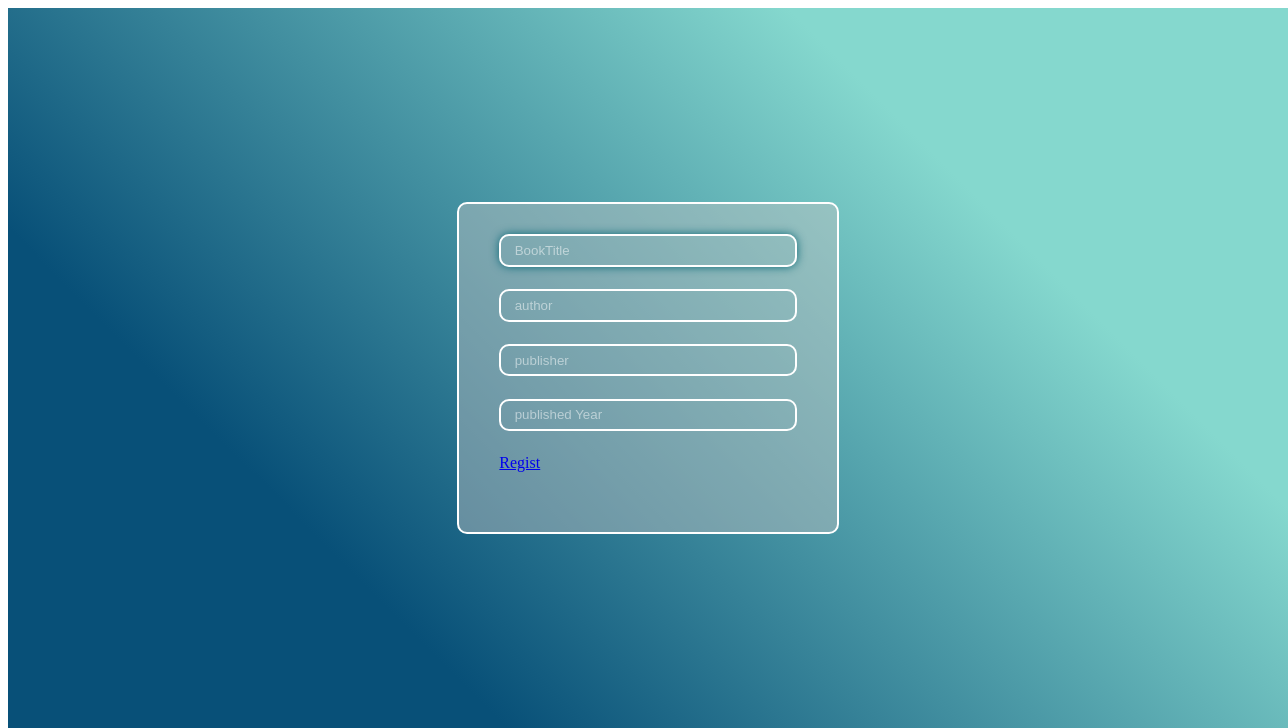
Repository: ysknsid25/mer
Page: http://localhost/library/view/regist.jsp
An editor plug-in stored every save of this project. The page is shown before and after the next save, followed by the edit.
The browser window is 1280 px wide. The page is 1288 px wide, so the pictures cover 1288 px, including what lies to the right of the window. The pictures show the whole page.
The page is served by Tomcat 9. Other server files are loaded and not shown.

Above is the page before, as saved 2018-11-24 05:17:11.
Console error: ReferenceError: $ is not defined

### mer/library/WebContent/view/regist.jsp
<%@ page language="java" contentType="text/html; charset=UTF-8"
	pageEncoding="UTF-8"%>
<%@page import="util.StringUtil"%>
<%@page import="util.StringQuery"%>




<!DOCTYPE html PUBLIC "-//W3C//DTD HTML 4.01 Transitional//EN" "http://www.w3.org/TR/html4/loose.dtd">
<head>
<title>Top</title>

<link href='<%=StringUtil.CONTEXTPATH + StringUtil.INPUTCSS%>'
	rel='stylesheet' type='text/css' />
<script type="text/javascript" src="<%=StringUtil.MAINJS%>"></script>
<meta charset="<%=StringUtil.SET_ENCODING%>" />
<meta name="viewport" content="width=device-width, initial-scale=1.0" />

</head>

<body>
	<div class="container">
		<div id="login-form">
			<div id="box">

				<form action="<%=StringUtil.REGISTCHECK + StringUtil.CONTROLLER%>"
					method="post">

					<div>
						<label for="form-userid">BoolTitle</label> <input type="text"
							name="booktitle" id="form-userid" placeholder="BookTitle" />
						<p class="note">Please enter BookTitle.</p>
					</div>

					<div><%--out.println("<p id=" + "error_message" + ">" + errorMessage(booktitleVerify) + "</p>");--%></div>

					<div>
						<label for="form-userid">Author</label> <input type="text"
							name="author" id="form-userid" placeholder="author" />
						<p class="note">Please enter author.</p>
					</div>
					<div></div>

					<div>
						<label for="form-userid">Publisher</label> <input type="text"
							name="publisher" id="form-userid" placeholder="publisher" />
						<p class="note">Please enter Publisher.</p>
					</div>


					<div>
						<label for="form-userid">PublishDay</label> <input type="text"
							name="publishday" id="form-userid" placeholder="published Year" />
						<p class="note">Please enter published Year.</p>
					</div>
					<div></div>

					<a href="<%=StringUtil.BACKTOP + StringUtil.CONTROLLER%>" type="submit">Regist</a>
					<div class="btn">
				<form method="post" action="<%=StringUtil.BACKTOP + StringUtil.CONTROLLER %>">
					<a href="<%=StringUtil.BACKTOP + StringUtil.CONTROLLER%>" type="submit">To menu</a>
					</form>
				</div>



					<%! private String errorMessage(int checkNum){

						if(checkNum == StringUtil.BOOKTITLE_NULL){

							return StringUtil.BOOKTITLE_IS_NULL;

						}else if(checkNum == StringUtil.BOOKTITLE_LENGTH){

							return StringUtil.BOOKTITLE_OVER_LENGTH;

						}else if(checkNum == StringUtil.AUTHOR_NULL){

							return StringUtil.AUTHOR_IS_NULL;

						}else if(checkNum == StringUtil.YEAR_OVER){

							return StringUtil.PUBLISHYEAR_FUTURE;

						}else if(checkNum == StringUtil.NOT_NUMBER){

							return StringUtil.PUBLISHYEAR_INVALIDATE;

						}

					return "";

					}%>




				</form>

			</div>
		</div>
	</div>

</body>
</html>

### mer/library/WebContent/stylesheet/input.css
@CHARSET "UTF-8";

html, body, .container {
  width: 100%;
  height: 100%;
}

.container,
.overlay:before{
  align-items: center;
  display: flex;
  justify-content: center;
  overflow: visible !important;
  background: -webkit-linear-gradient(45deg, #085078 25%, #85d8ce 75%);
  background: -moz-linear-gradient(45deg, #085078 25%, #85d8ce 75%);
  background: -ms-linear-gradient(45deg, #085078 25%, #85d8ce 75%);
  background: -o-linear-gradient(45deg, #085078 25%, #85d8ce 75%);
  background: linear-gradient(45deg, #085078 25%, #85d8ce 75%);

}

.container {
  align-items: center;
  display: flex;
  justify-content: center;

}

#box{

  padding: 30px 40px;
  transition: 0.2s;
  text-decoration: none;
  color: white;
  border: 2px solid white;
  border-radius: 10px;
  background-color: rgba( 192, 192, 192, 0.45 );

}

.overlay {
  max-height: 200px;
  margin: 0 auto;
  max-width: 768px;
  overflow: hidden;
  padding: 50px;
  position: relative;
  color: white;
  font-family: 'Lato';
  position: relative;
  text-align: center;
  z-index: 0;
  &:before {
    content: '';
    filter: blur(20px);
    height: 100%;
    left: 0;
    position: absolute;
    top: 0;
    width: 100%;
    z-index: -1;
  }
}


#login-form div input[type='text'],
#login-form div input[type='password']{

width: 20em;
padding: 0.5em 1em;
transition: 0.2s;
border: 2px solid #fff;
border-radius: 10px;
background: transparent;

}

#login-form div input[type='text']:hover,
#login-form div input[type='password']:hover{

border-color: #fff;
box-shadow: 0 0 10px rgba(0,100,115,0.9);

}

#login-form div input[type='text']:focus,
#login-form div input[type='password']:focus{

border-color: #fafa9d;
box-shadow: 0 0 10px rgba(250,250,157,0.8);

}

.btn a{

font-size: 14px;
display: inline-block;
position: relative;
left: 79px;
padding: 7px 20px;
transition: 0.2s;
text-decoration: none;
color: transparent;
border: none;
border-radius: 10px;
background-color: transparent;

}

.btn:hover a{

background-color: white;
color: black;
border-radius: 5px;

}


input::-webkit-input-placeholder{

color: rgba(255,255,255,0.5);

}

input:focus::-webkit-input-placeholder{

color: transparent;

}

input:-ms-input-placeholder{

color: rgba(255,255,255,0.5);

}

input:focus:-ms-input-placeholder{

color: transparent;

}

input::-moz-placeholder{

color: #fff;

}

input:focus::-moz-placeholder{

color: transparent;

}

#login-form div label{

position: absolute;
x-index: -1;
top: 0;
left: 0;
display: block;
padding: 0.5em 1em;
transition: 0.2s;
color: transparent;

}

#login-form div label.inputted{

-webkit-transform: translateX(-100%);
-ms-transform: translateX(-100%);
transform: translateX(-100%);
color: #fff;

}

#login-form div p.note{

font-size: 15px;
overflow: hidden;
max-height: 0;
margin-top: 0.5em;
transition: 0.2s;
text-align: left;
color: #ffffff;

}

#login-form div input[type='text']:focus ~ p.note,
#login-form div input[type='password']:focus ~ p.note{

max-height: 3em;
transition: 0.2s;

}

### mer/library/WebContent/stylesheet/main.js
$(function(){
  $('input[type="text"],input[type="password"]')
  .focus(function(){
$(this).prev('label').addClass("inputted");
  })
  .focusout(function(){
  if($(this).val()==""){
$(this).prev('label').
removeClass("inputted");
  }
});
});

After the next save:
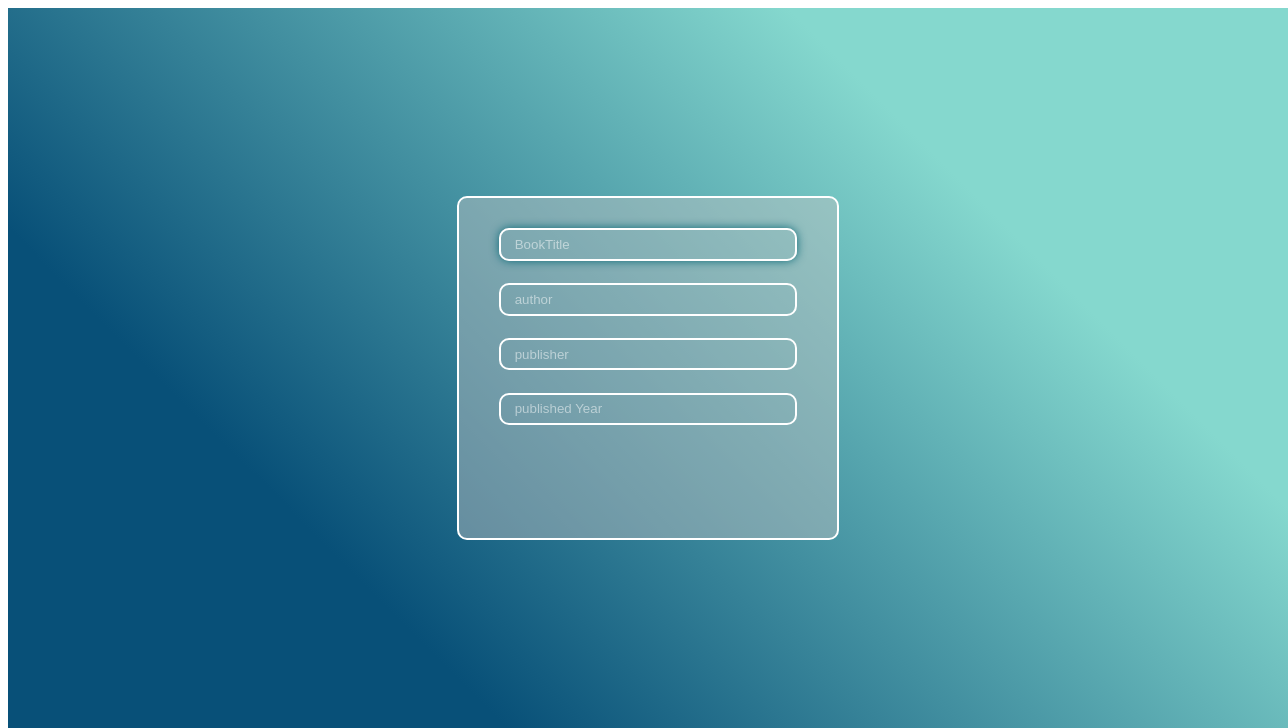
Saved 64 s later.
--- a/mer/library/WebContent/view/regist.jsp
+++ b/mer/library/WebContent/view/regist.jsp
@@ -32,7 +32,9 @@
 						<p class="note">Please enter BookTitle.</p>
 					</div>
 
-					<div><%--out.println("<p id=" + "error_message" + ">" + errorMessage(booktitleVerify) + "</p>");--%></div>
+					<div>
+						<%--out.println("<p id=" + "error_message" + ">" + errorMessage(booktitleVerify) + "</p>");--%>
+					</div>
 
 					<div>
 						<label for="form-userid">Author</label> <input type="text"
@@ -55,42 +57,52 @@
 					</div>
 					<div></div>
 
-					<a href="<%=StringUtil.BACKTOP + StringUtil.CONTROLLER%>" type="submit">Regist</a>
+
 					<div class="btn">
-				<form method="post" action="<%=StringUtil.BACKTOP + StringUtil.CONTROLLER %>">
-					<a href="<%=StringUtil.BACKTOP + StringUtil.CONTROLLER%>" type="submit">To menu</a>
-					</form>
-				</div>
+						<form method="post"
+							action="<%=StringUtil.BACKTOP + StringUtil.CONTROLLER%>">
+							<a href="<%=StringUtil.REGISTCHECK + StringUtil.CONTROLLER%>"
+								type="submit">Regist</a>
+						</form>
+					</div>
+
+					<div class="btn">
+						<form method="post"
+							action="<%=StringUtil.BACKTOP + StringUtil.CONTROLLER%>">
+							<a href="<%=StringUtil.BACKTOP + StringUtil.CONTROLLER%>"
+								type="submit">To menu</a>
+						</form>
+					</div>
 
 
 
-					<%! private String errorMessage(int checkNum){
+					<%!private String errorMessage(int checkNum) {
 
-						if(checkNum == StringUtil.BOOKTITLE_NULL){
+		if (checkNum == StringUtil.BOOKTITLE_NULL) {
 
-							return StringUtil.BOOKTITLE_IS_NULL;
+			return StringUtil.BOOKTITLE_IS_NULL;
 
-						}else if(checkNum == StringUtil.BOOKTITLE_LENGTH){
+		} else if (checkNum == StringUtil.BOOKTITLE_LENGTH) {
 
-							return StringUtil.BOOKTITLE_OVER_LENGTH;
+			return StringUtil.BOOKTITLE_OVER_LENGTH;
 
-						}else if(checkNum == StringUtil.AUTHOR_NULL){
+		} else if (checkNum == StringUtil.AUTHOR_NULL) {
 
-							return StringUtil.AUTHOR_IS_NULL;
+			return StringUtil.AUTHOR_IS_NULL;
 
-						}else if(checkNum == StringUtil.YEAR_OVER){
+		} else if (checkNum == StringUtil.YEAR_OVER) {
 
-							return StringUtil.PUBLISHYEAR_FUTURE;
+			return StringUtil.PUBLISHYEAR_FUTURE;
 
-						}else if(checkNum == StringUtil.NOT_NUMBER){
+		} else if (checkNum == StringUtil.NOT_NUMBER) {
 
-							return StringUtil.PUBLISHYEAR_INVALIDATE;
+			return StringUtil.PUBLISHYEAR_INVALIDATE;
 
-						}
+		}
 
-					return "";
+		return "";
 
-					}%>
+	}%>
 
 
 
